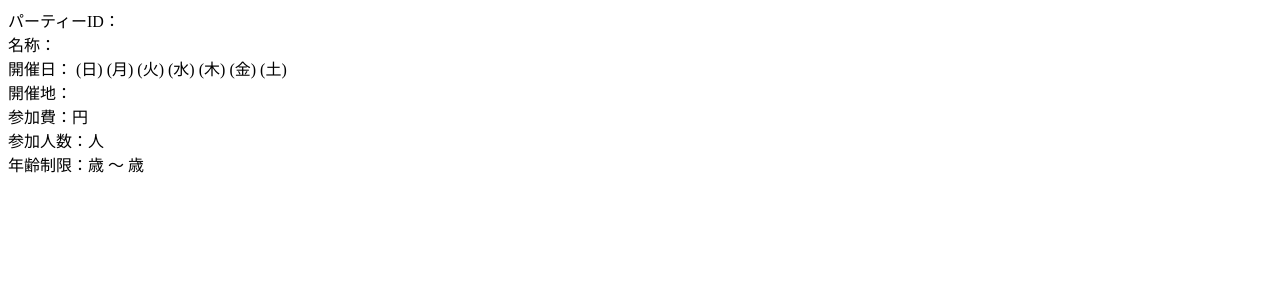
Repository: k0816/backup-master
Page: http://localhost/cycle/partyEdit.jsp
These files come from the project's save history. The page is drawn as it stood at one moment and after the next save; the edit follows.
The browser window is 1280 px wide. The pictures show the whole page.
The page is served by Tomcat 9. Other server files are loaded and not shown.

Above is the page before, as saved 2018-01-25 13:03:49.

### cycle/WebContent/partyEdit.jsp
<%@ page language="java" contentType="text/html; charset=UTF-8"
    pageEncoding="UTF-8"%>
<!DOCTYPE html PUBLIC "-//W3C//DTD HTML 4.01 Transitional//EN" "http://www.w3.org/TR/html4/loose.dtd">
<html>
<head>
<meta http-equiv="Content-Type" content="text/html; charset=UTF-8">
<title>Insert title here</title>
</head>
<body>


<div class="partyId;">
		        パーティーID：<s:property value="partyId" />
		    </div>
			<div class="partyName">
				名称：<s:property value="partyName" />
			</div>
			<div class="partyDate">
				開催日：<s:date name="partyDate" format="yyyy年MM月dd日" />
				<s:if test="partyWeek==1">(日)</s:if>
				<s:if test="partyWeek==2">(月)</s:if>
				<s:if test="partyWeek==3">(火)</s:if>
				<s:if test="partyWeek==4">(水)</s:if>
				<s:if test="partyWeek==5">(木)</s:if>
				<s:if test="partyWeek==6">(金)</s:if>
				<s:if test="partyWeek==7">(土)</s:if>
			</div>
			<div class="partyPlace">
			    開催地：<s:property value="partyPlace" />
			</div>
			<div class="partyPrice">
				参加費：<s:property value="partyPrice" />円
			</div>
			<div class="partyCapacity">
				参加人数：<s:property value="partyCapacity" />人
			</div>
			<div class="age">
			年齢制限：<s:property value="ageMinimum" />歳 ～ <s:property value="ageMaximum" /> 歳
			</div>



</body>
</html>

After the next save:
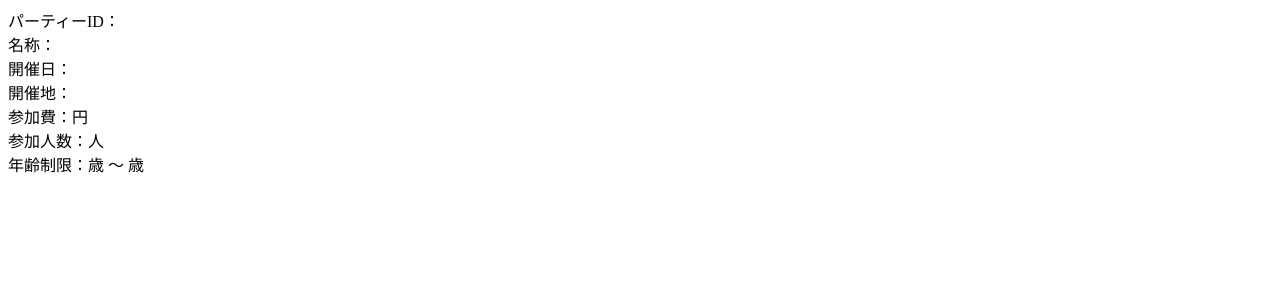
Saved 36 s later.
--- a/cycle/WebContent/partyEdit.jsp
+++ b/cycle/WebContent/partyEdit.jsp
@@ -1,6 +1,7 @@
 <%@ page language="java" contentType="text/html; charset=UTF-8"
     pageEncoding="UTF-8"%>
-<!DOCTYPE html PUBLIC "-//W3C//DTD HTML 4.01 Transitional//EN" "http://www.w3.org/TR/html4/loose.dtd">
+    <%@ taglib prefix="s" uri="/struts-tags"%>
+<!DOCTYPE html >
 <html>
 <head>
 <meta http-equiv="Content-Type" content="text/html; charset=UTF-8">
